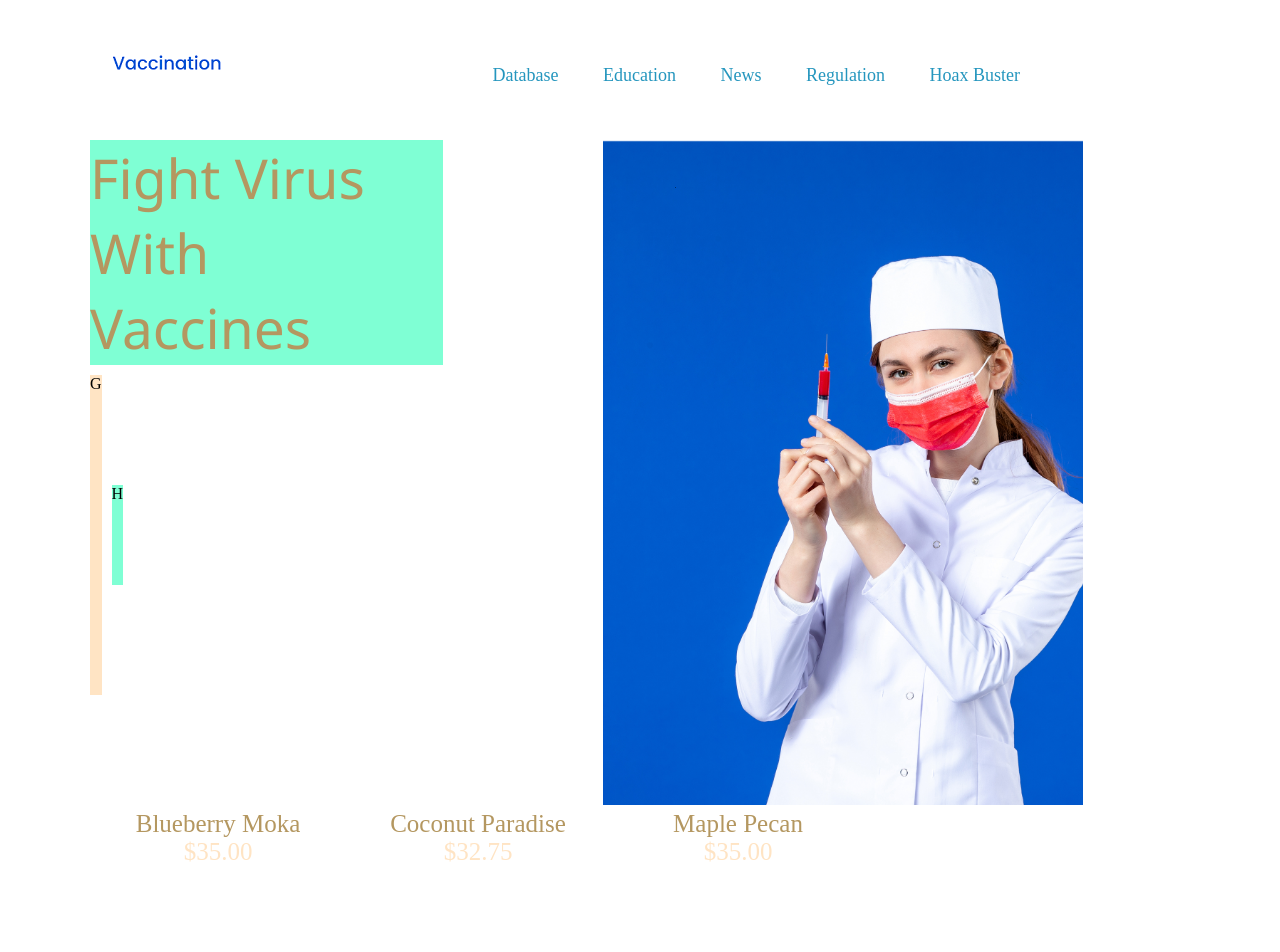
Repository: roge64/cssfrontend
Page: index.html
These files come from the project's save history. The page is drawn as it stood at one moment and after the next save; the edit follows.
The browser window is 1280 px wide. The pictures show the part of the page from y = 0 to 952 px (the page is 2281 px tall).
A picture or video elsewhere on the page could not be fetched, so the positions and the page height are approximate.

Above is the page before, as saved 2022-03-10 11:27:33.

### index.html
<!DOCTYPE html>
<html lang="en">

<head>
    <meta charset="UTF-8">
    <meta http-equiv="X-UA-Compatible" content="IE=edge">
    <meta name="viewport" content="width=device-width, initial-scale=1.0">
    <title>3 Cakes</title>
    <link rel="stylesheet" href="estilos/estilos.css">


</head>

<body>

    <section id="container">

        <header>
            <!--             <p style="color:#b49760"> Only 3 cakes for 3 months, and then we change all! </p> -->

        </header>

    <section id="banner">

        <article id="banner1" <a href="index.html"> <img src="/img/logo1.png" alt="logo.png"></a></article>
        <article id="banner2">
            <ul class="menu">
                <li><a href="#home"></a>Database</li>
                <li><a href="#cakes"></a>Education</li>
                <li><a href="#decor"></a>News</li>
                <li><a href="#order"></a>Regulation</li>
                <li><a href="#admin"></a>Hoax Buster</li>
                <!-- <li><a href="#void"></a>   </li> -->
            </ul>
        </article>

    </section>


<!--     <section id="tienda">
        <article id="cake1"> </article>
        <article id="cake2"> </article>
        <div class="wrapper">
            <div class="box e">E</div>
            <div class="box f">F</div>
            <div class="box g">G</div>
            <div class="box h">H</div>
        </div>
    </section> -->

    <div class="wrapper">
        <div class="box e" style="color:#b49760">Fight Virus With Vaccines</div>
        <div class="box f"></div>
        <div class="box g">G</div>
        <div class="box h">H</div>
    </div>

    <section id="names">
        <article id="name1">
            <p style="color:#b49760"> Blueberry Moka</p>
            <p style="color: bisque"> $35.00</p>
        </article>
        <article id="name2">
            <p style="color:#b49760"> Coconut Paradise</p>
            <p style="color: bisque"> $32.75</p>
        </article>
        <article id="name3">
            <p style="color:#b49760"> Maple Pecan</p>
            <p style="color: bisque"> $35.00</p>
        </article>
    </section>

    <section id="separador">


    </section>

    <section id="social">
        <article id="social1">
            <a href="#"><img src="img/instagram.png" alt="instagram"></a>
            <a href="#"><img src="img/facebook.png" alt="facebook"></a>
            <a href="#"><img src="img/youtube.png" alt="youtube"></a>
            <a href="#"><img src="img/twitter.png" alt="twitter"></a>
        </article>

        <article id="social2">
            <div id="lte_icons-2" class="widget widget_lte_icons">
                <h3 class="lte-header-widget " style="color:bisque"><span class="widget-icon"></span>Contact us
                </h3>
                <ul class="lte-social-icons-list">
                    <li>
                        <a href="#"><span class="lte-ic icon icon-phone-call"></span><span class="lte-header"
                                style="color:bisque">Phone:</span><span class="lte-txt" style="color:#b49760">+52
                                01-2345-6789<br> </span>
                        </a>
                    </li>
                    <li>
                        <a href="#"><span class="lte-ic icon icon-location"></span><span class="lte-header"
                                style="color:bisque">Our location:</span><span class="lte-txt" style="color:#b49760">975
                                FrontEnd Ave, NA 105048, Unknown</span>
                        </a>
                    </li>
                    <li>
                        <a href="#"><span class="lte-ic icon icon-mail"></span><span class="lte-header"
                                style="color:bisque">Email:</span><span class="lte-txt"
                                style="color:#b49760">3cakes@3cakes.com</span>
                        </a>
                    </li>
                    <li>
                        <a href="#">
                            <span class="lte-ic icon icon-mail"></span>
                            <span class="lte-header" style="color:bisque">Hours:</span>
                            <span class="lte-txt" style="color:#b49760">Monday - Friday: 10:00 - 20:00</span>
                            <br>
                            <span class="lte-txt" style="color:#b49760">Saturday -Sunday: 10:00 - 14:00</span>
                        </a>
                    </li>
                </ul>
            </div>

        </article>
    </section>


    <footer>
        <p style="color:#b49760"> Copyright &copy; 2021-<script>
                document.write(new Date().getFullYear())
            </script> Rogelio Valdés All Rights Reserved</p>
        <article id="footer1"></article>
    </footer>

    </section>

</body>

</html>

### estilos/estilos.css
*{
    border: 0 ;
    margin: 0 ;
    padding: 0;
/*     text-decoration: none; */
}

body{
/*     font-family: Geneva; */
    background-color: rgb(0, 0, 0);
    width:1100px;
    margin-left:auto;
    margin-right:auto;

    background-color:white;
/* background-image:
radial-gradient(circle at 100% 150%, black 24%, #101010 24%, #101010 28%, black 28%, black 36%, #101010 36%, #101010 40%, transparent 40%, transparent),
radial-gradient(circle at 0    150%, black 24%, #101010 24%, #101010 28%, black 28%, black 35%, #101010 36%, #101010 40%, transparent 40%, transparent),
radial-gradient(circle at 50%  100%, #101010 10%, black 10%, black 23%, #101010 23%, #101010 30%, black 30%, black 43%, #101010 43%, #101010 50%, black 50%, black 63%, #101010 63%, #101010 71%, transparent 71%, transparent),
radial-gradient(circle at 100% 50%, #101010 5%, black 5%, black 15%, #101010 15%, #101010 20%, black 20%, black 29%, #101010 29%, #101010 34%, black 34%, black 44%, #101010 44%, #101010 49%, transparent 49%, transparent),
radial-gradient(circle at 0    50%, #101010 5%, black 5%, black 15%, #101010 15%, #101010 20%, black 20%, black 29%, #101010 29%, #101010 34%, black 34%, black 44%, #101010 44%, #101010 48%, transparent 49%, transparent);
background-size: 50px 31px;
 */
}

.menu{
    list-style: none;
    padding: 0;
    background: white;
    width: 90%;
    height: 75px;
    max-width: 900px;
    margin: auto;
}

.menu li{
    text-decoration: none;
    color: #2596be;
    padding: 20px;
    display: block;
}

.menu li{
    display: inline-block;
    text-align: right;
}

.menu li:hover{
    background: #2747c5;
}


#container, header, #banner, #noticias, #marcas, footer, #social1{
    /* background-color:rgb(255, 255, 255); */
    background-color:white;
/* background-image:
radial-gradient(circle at 100% 150%, black 24%, #101010 24%, #101010 28%, black 28%, black 36%, #101010 36%, #101010 40%, transparent 40%, transparent),
radial-gradient(circle at 0    150%, black 24%, #101010 24%, #101010 28%, black 28%, black 35%, #101010 36%, #101010 40%, transparent 40%, transparent),
radial-gradient(circle at 50%  100%, #101010 10%, black 10%, black 23%, #101010 23%, #101010 30%, black 30%, black 43%, #101010 43%, #101010 50%, black 50%, black 63%, #101010 63%, #101010 71%, transparent 71%, transparent),
radial-gradient(circle at 100% 50%, #101010 5%, black 5%, black 15%, #101010 15%, #101010 20%, black 20%, black 29%, #101010 29%, #101010 34%, black 34%, black 44%, #101010 44%, #101010 49%, transparent 49%, transparent),
radial-gradient(circle at 0    50%, #101010 5%, black 5%, black 15%, #101010 15%, #101010 20%, black 20%, black 29%, #101010 29%, #101010 34%, black 34%, black 44%, #101010 44%, #101010 48%, transparent 49%, transparent);
background-size: 50px 31px;
 */
    height: 1500px;
    width: 1100px;

}

header{
/*     background-color:antiquewhite;
 */
    height: 40px;
    text-align: center;
    font-size: x-large;

}

#banner{
    background-color:white;
/*     background-color:rgb(25, 25, 25); */
    width: 1100px;
    height: 100px;


}


#noticias{
/*     background-color: antiquewhite;
 */
    height: 200px;
}

#tienda #names{
/*     background-color: grey; */
/* background-color:black;
background-image:
radial-gradient(circle at 100% 150%, black 24%, #101010 24%, #101010 28%, black 28%, black 36%, #101010 36%, #101010 40%, transparent 40%, transparent),
radial-gradient(circle at 0    150%, black 24%, #101010 24%, #101010 28%, black 28%, black 35%, #101010 36%, #101010 40%, transparent 40%, transparent),
radial-gradient(circle at 50%  100%, #101010 10%, black 10%, black 23%, #101010 23%, #101010 30%, black 30%, black 43%, #101010 43%, #101010 50%, black 50%, black 63%, #101010 63%, #101010 71%, transparent 71%, transparent),
radial-gradient(circle at 100% 50%, #101010 5%, black 5%, black 15%, #101010 15%, #101010 20%, black 20%, black 29%, #101010 29%, #101010 34%, black 34%, black 44%, #101010 44%, #101010 49%, transparent 49%, transparent),
radial-gradient(circle at 0    50%, #101010 5%, black 5%, black 15%, #101010 15%, #101010 20%, black 20%, black 29%, #101010 29%, #101010 34%, black 34%, black 44%, #101010 44%, #101010 48%, transparent 49%, transparent);
background-size: 50px 31px; */

    height: 300px;
    width: 1000px;
    padding-left: 10px;
    padding-right: 10px;
    padding-top: 5px;
    text-align: center;
}

#marcas{
/*     background-color:rgb(58, 41, 18); */
    height: 205px;
}


footer{
    width: 800px;
/*     background-color:rgb(0, 0, 0); */
    text-align: center;
    height: 25px;
    padding-top: 7px;

}


#banner #banner1{
/*     background-color: rgb(180, 134, 73); */
    width: 100px;
    height: 100x;
    float: left;
    text-align: center;
/*     display: inline-block; */
    margin: 5px 5px;
}

#banner #banner2{
/*     background-color: rgb(180, 134, 73); */
    width: 750px;
    height: 100px;
    float: right;
/*     display: inline-block; */
    /* vertical-align: center;  */
    margin: 5px 5px;
    font-size: 18px;
}

#noticias #news1{
/*     background-color: rgb(41, 38, 34); */
    font-size: 50px;

    text-align: center;
    width: 790px;
    height: 200px;
    display: inline-block;
    vertical-align: center;
    margin: 5px 5px;

}


#tienda #cake1{
    background: rgb(109, 175, 33);
    width: 480px;
    height: 485px;
    display: inline-block;
    vertical-align: top;
    margin: 5px 8px;

}

#tienda #cake2{
    background: cornflowerblue;
    width: 450px;
    height: 585px;
    display: inline-block;
    vertical-align: top;
    margin: 5px 70px;
    background-image: url("../img/picx1.png");
    background-repeat: no-repeat;
    background-size: cover;
}

/* #tienda #cake3{
    background: rgb(175, 169, 112);
    width: 240px;
    height: 285px;
    display: inline-block;
    vertical-align: top;
    margin: 5px 5px;
} */

#names #name1{
    font-size: 25px;
    text-align: center;
    width: 240px;
    height: 60px;
    display: inline-block;
    vertical-align: top;
    margin: 5px 8px;
}

#names #name2{
    font-size: 25px;
    text-align: center;
    width: 240px;
    height: 60px;
    display: inline-block;
    vertical-align: top;
    margin: 5px 8px;
}

#names #name3{
    font-size: 25px;
    text-align: center;
    width: 240px;
    height: 60px;
    display: inline-block;
    vertical-align: top;
    margin: 5px 8px;
}

#social #social1{
    text-decoration: none;
/*     background: rgb(109, 175, 33); */
    width: 375px;
    height: 150px;
    display: inline-block;
    vertical-align: center;
    margin: 10px 12px;
}

#social #social2{
    text-decoration: none;
/*     background: rgb(109, 175, 33); */
    width: 375px;
    height: 150px;
    display: inline-block;
    vertical-align: center;
    margin: 10px 10px;
}

#social #social1 {
    color: rgb(175, 169, 112);


}

#separador {
        width: 800px;
        text-align: center;
        height: 100px;

}

.wrapper {
    display: grid;
    grid-template-columns: repeat(1, 1fr);
    gap: 10px;
    grid-auto-rows: minmax(100px, auto);
  }

  .e {
    grid-column: 1 / 35;
    grid-row: 1 / 2;
    background-color:aquamarine;
    font-family:'Segoe UI', Tahoma, Geneva, Verdana, sans-serif;
    font-size: 55px;
    text-decoration-color:navy;
    font-weight: 500;
    font-stretch: expanded;
  }
  .f {
    grid-column: 50 / 99;
    grid-row: 1 / 6;
    background-color:aqua;
    background-image: url("../img/picx1.png");
    background-repeat: no-repeat;
    background-size: cover;

  }
  .g {
    grid-column: 1;
    grid-row: 2 / 5;
    background-color:bisque;
  }
  .h {
    grid-column: 2;
    grid-row: 3;
    background-color:aquamarine;
  }

After the next save:
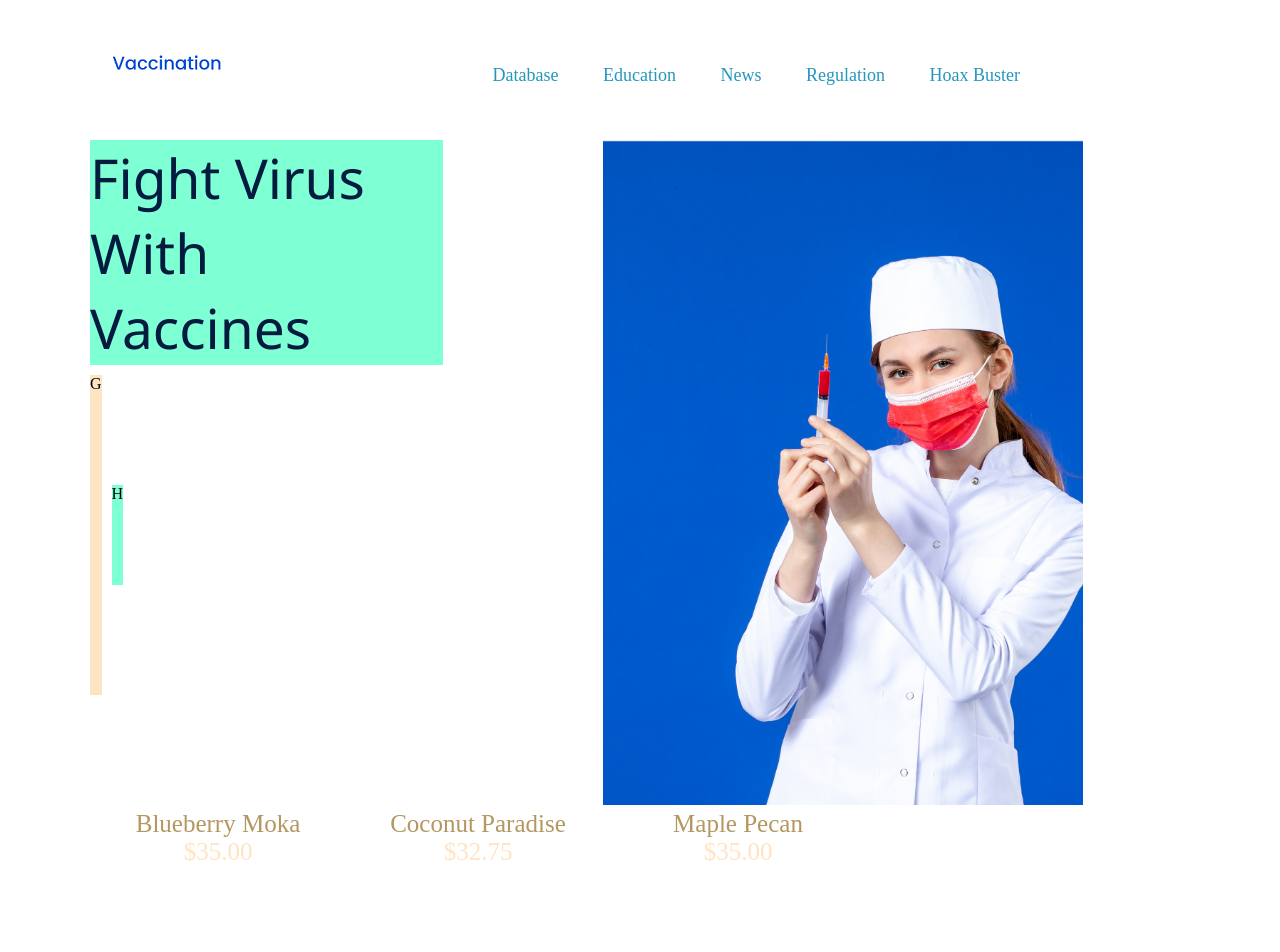
Saved 3 min 31 s later.
--- a/index.html
+++ b/index.html
@@ -49,7 +49,7 @@
     </section> -->
 
     <div class="wrapper">
-        <div class="box e" style="color:#b49760">Fight Virus With Vaccines</div>
+        <div class="box e" style="color:#041b40">Fight Virus With Vaccines</div>
         <div class="box f"></div>
         <div class="box g">G</div>
         <div class="box h">H</div>
